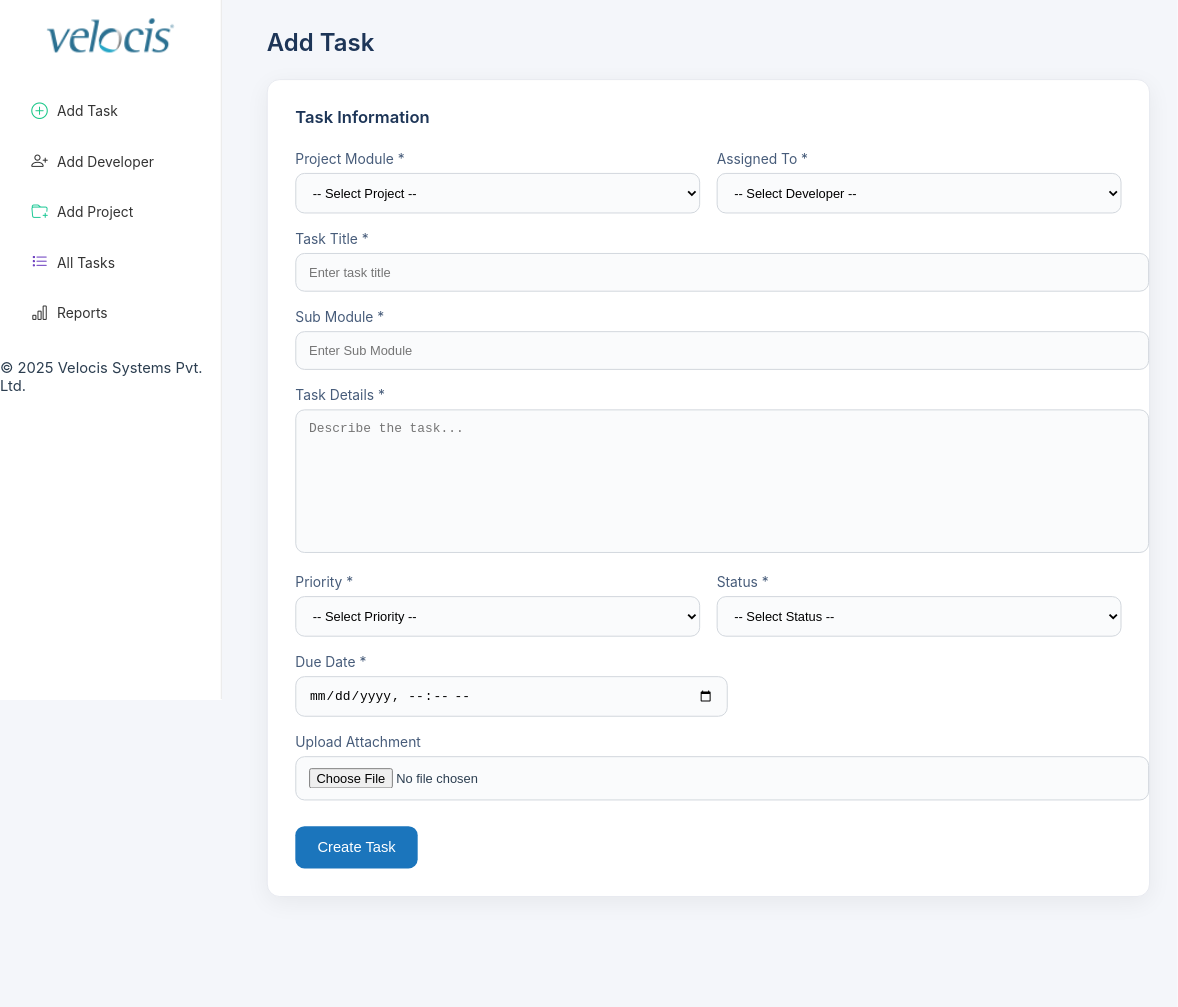
Repository: shansharma9050/VelocisAssignTask
Page: http://localhost/task_assignment
The author's editor kept a copy of each file at every save. The page is drawn from the files as they stood at one save, then again after the next save.
The browser window is 1280 px wide. The pictures show the whole page, at 92% of full size.
The page is this project's Thymeleaf template; nobody is signed in. The template is opened directly, without the code that normally fills it, so the values that code supplies are empty.

Above is the page before, as saved 2026-01-08 09:02:18.

### AssignmentOffice/src/main/resources/templates/task_assignment.html
<!DOCTYPE html>
<html lang="en" xmlns:th="http://www.thymeleaf.org">
<head>
    <meta charset="UTF-8">
    <title>Task Creation | Velocis</title>
    <link href="/task_assignment.css" rel="stylesheet">
    <link href="https://cdn.jsdelivr.net/npm/bootstrap-icons/font/bootstrap-icons.css" rel="stylesheet">

</head>

<body>

<!-- Sidebar -->
<div class="sidebar">
    <img src="/images/velocis-logo.png" class="logo" />
    <ul>
        <li><a th:href="@{/taskassignment/assignTask}"><i class="bi bi-plus-circle"></i> Add Task</a></li>
        <li><a th:href="@{/taskassignment/developer}"><i class="bi bi-person-plus"></i> Add Developer</a></li>
        <li><a th:href="@{/taskassignment/project}"><i class="bi bi-folder-plus"></i> Add Project</a></li>
        <li><a th:href="@{/taskassignment/assignedTask}"><i class="bi bi-list-task"></i> All Tasks</a></li>
		<li><a href="#"><i class="bi bi-bar-chart"></i> Reports</a></li>
    </ul>
    <div class="footer">© 2025 Velocis Systems Pvt. Ltd.</div>
</div>

<!-- Main Content -->
<div class="main-content">

    <div class="page-title">Add Task</div>

    <div class="task-card">

        <div th:if="${message}" class="success-box" th:text="${message}"></div>

        <div class="section-title">Task Information</div>

        <form th:action="@{/taskassignment/saveData}" method="post" enctype="multipart/form-data">

            <div class="form-grid">

                <div class="form-group">
                    <label>Project Module *</label>
                    <select name="project" id="project" required>
                        <option value="">-- Select Project --</option>
                        <option th:each="p : ${projects}" th:value="${p.id}" th:text="${p.projectName}"></option>
                    </select>
                    <small class="error" id="projectError"></small>
                </div>

                <div class="form-group">
                    <label>Assigned To *</label>
                    <select name="developer" id="developer" required>
                        <option value="">-- Select Developer --</option>
                        <option th:each="d : ${developers}" th:value="${d.id}" th:text="${d.fullName}"></option>
                    </select>
                    <small class="error" id="developerError"></small>
                </div>

                <div class="form-group full-width">
                    <label>Task Title *</label>
                    <input type="text" name="taskTitle" id="taskTitle" placeholder="Enter task title" required>
                    <small class="error" id="titleError"></small>
                </div>

                <div class="form-group full-width">
                    <label>Sub Module *</label>
                    <input type="text" name="module" id="module" placeholder="Enter Sub Module" required>
                    <small class="error" id="moduleError"></small>
                </div>

                <div class="form-group full-width">
                    <label>Task Details *</label>
                    <textarea name="taskDetails" id="taskDetails" placeholder="Describe the task..." required></textarea>
                    <small class="error" id="detailsError"></small>
                </div>

                <div class="form-group">
                    <label>Priority *</label>
                    <select name="priority" id="priority" required>
                        <option value="">-- Select Priority --</option>
                        <option value="Low">Low</option>
                        <option value="Medium">Medium</option>
                        <option value="High">High</option>
                    </select>
                    <small class="error" id="priorityError"></small>
                </div>

                <div class="form-group">
                    <label>Status *</label>
                    <select name="status" id="status" required>
                        <option value="">-- Select Status --</option>
                        <option value="0">Pending</option>
                        <option value="1">In Progress</option>
                        <option value="2">Completed</option>
                    </select>
                    <small class="error" id="statusError"></small>
                </div>

                <div class="form-group">
                    <label>Due Date *</label>
                    <input type="datetime-local" name="dueDate" id="dueDate" required>
                    <small class="error" id="dateError"></small>
                </div>

                <div class="form-group full-width">
                    <label>Upload Attachment</label>
                    <input type="file" name="document" id="document" required>
                    <small class="error" id="fileError"></small>
                </div>

            </div>

            <button type="submit" class="btn-submit">Create Task</button>
        </form>
    </div>
</div>



<!-- Confirmation Modal -->
<div id="confirmModal" class="modal-overlay">
    <div class="modal-box">
        <h3>Confirm Task Submission</h3>
        <p>Are you sure you want to submit this task?</p>

        <div class="modal-buttons">
            <button id="confirmYes" class="btn-yes">Yes, Submit</button>
            <button id="confirmNo" class="btn-no">Cancel</button>
        </div>
    </div>
</div>



<!-- VALIDATION + CONFIRMATION JS -->
<script>
const form = document.querySelector("form");

form.addEventListener("submit", function (e) {
    e.preventDefault();
    let valid = true;

    const fields = {
        project: "Please select project.",
        developer: "Please select developer.",
        taskTitle: "Task title must be at least 3 characters.",
        module: "Sub module is required.",
        taskDetails: "Task details must be at least 10 characters.",
        priority: "Please select priority.",
        status: "Please select status.",
        dueDate: "Due date is required."
    };

    document.querySelectorAll(".error").forEach(e => e.textContent = "");
    document.querySelectorAll(".error-field").forEach(e => e.classList.remove("error-field"));

    for (let id in fields) {
        let field = document.getElementById(id);
        let errorBox = document.getElementById(id + "Error");

        if (field.value.trim() === "" ||
            (id === "taskTitle" && field.value.trim().length < 3) ||
            (id === "taskDetails" && field.value.trim().length < 10)) {
            errorBox.textContent = fields[id];
            field.classList.add("error-field");
            valid = false;
        }
    }

    const file = document.getElementById("document");
    const fileError = document.getElementById("fileError");

    if (file.files.length > 0) {
        const f = file.files[0];
        const ext = f.name.split(".").pop().toLowerCase();
        const allowed = ["pdf", "jpg", "png", "jpeg"];

        if (!allowed.includes(ext)) {
            fileError.textContent = "Only PDF, JPG, PNG allowed.";
            file.classList.add("error-field");
            valid = false;
        }

        if (f.size > 5 * 1024 * 1024) {
            fileError.textContent = "File must be ≤ 5MB.";
            file.classList.add("error-field");
            valid = false;
        }
    }

    if (!valid) return;

    document.getElementById("confirmModal").style.display = "flex";
});

document.getElementById("confirmYes").onclick = function () {
    form.submit();
};

document.getElementById("confirmNo").onclick = function () {
    document.getElementById("confirmModal").style.display = "none";
};
</script>

</body>
</html>

### AssignmentOffice/src/main/resources/static/task_assignment.css
/* ------------------------------
   GLOBAL
------------------------------ */
body {
    margin: 0;
    font-family: "Inter", sans-serif;
    background: #f4f6fa;
    color: #2c3e50;
}

a { text-decoration: none; }

.top-navbar {
    position: relative;
}

.live-clock {
    position: absolute;
    left: 50%;
    transform: translateX(-50%);

    background: #f1f1f1;
    padding: 8px 18px;
    border-radius: 12px;

    font-size: 14px;
    font-weight: 500;
    color: #333;

    box-shadow: 0 2px 6px rgba(0,0,0,0.08);
    border: 1px solid #e0e0e0;
}

/* Dark mode */
body.dark .live-clock {
    background: #2c2c2c;
    color: #fff;
    border: 1px solid #444;
    box-shadow: 0 2px 8px rgba(0,0,0,0.4);
}

/* Top Navbar */
.top-navbar{
    height:70px;
    background:#f8f9fc;
    display:flex;
    justify-content:flex-end;
    align-items:center;
    padding:0 30px;
    border-bottom:1px solid #ddd;
}

/* User Dropdown */
.user-dropdown{
    position:relative;
    cursor:pointer;
}

.user-info{
    display:flex;
    align-items:center;
    gap:10px;
}

.user-avatar{
    width:40px;
    height:40px;
    border-radius:50%;
}

.user-text{
    display:flex;
    flex-direction:column;
}

.user-name{
    font-weight:600;
}

.user-role{
    font-size:12px;
    color:#888;
}

/* theme toggle */
.theme-toggle {
	position: absolute;
	top: 15px;
	right: 340px;
	background: white;
	border-radius: 50px;
	padding: 10px 12px;
	box-shadow: 0 2px 10px rgba(0, 0, 0, 0.15);
	cursor: pointer;
	z-index: 8000;
	transition: 0.3s;
}

.theme-toggle:hover {
	transform: scale(1.1);
}

.theme-toggle i {
	font-size: 18px;
	color: #333;
}

/* Dropdown Menu */
.dropdown-menu{
    position:absolute;
    top:60px;
    right:0;
    width:220px;
    background:#fff;
    border-radius:8px;
    box-shadow:0 5px 20px rgba(0,0,0,0.1);
    display:none;
    flex-direction:column;
}

.dropdown-menu a,
.logout-btn{
    padding:12px 15px;
    color:#333;
    display:flex;
    gap:10px;
    border:none;
    background:none;
    width:100%;
    cursor:pointer;
}

.dropdown-menu a:hover,
.logout-btn:hover{
    background:#f3f4f6;
}

.welcome{
    padding:12px 15px;
    font-weight:600;
    border-bottom:1px solid #eee;
}

/* ------------------------------
   SIDEBAR (FIXED + SCROLLABLE)
------------------------------ */
.sidebar {
    width: 240px;
    background: #ffffff;
    padding: 20px 0;
    height: 100vh;
    overflow-y: auto; /* ✅ FIX */
    display: flex;
    flex-direction: column;
    border-right: 1px solid #e5e5e5;
    position: fixed;
    left: 0;
    top: 0;
}

/* Scrollbar */
.sidebar::-webkit-scrollbar {
    width: 6px;
}
.sidebar::-webkit-scrollbar-thumb {
    background: #ccc;
    border-radius: 10px;
}

.sidebar .logo {
    width: 140px;
    margin: 0 auto 25px auto;
    display: block;
}

.sidebar ul {
    list-style: none;
    padding: 0 20px;
}

.sidebar ul li {
    margin-bottom: 10px;
}

.sidebar ul li a {
    color: #333;
    padding: 12px 14px;
    display: flex;
    align-items: center;
    border-radius: 8px;
    font-size: 15px;
    transition: background 0.2s ease-in-out;
}

.sidebar ul li a i {
    margin-right: 10px;
    font-size: 18px;
}

.sidebar ul li a:hover,
.sidebar ul li.active a {
    background: #e6f0ff;
    color: #0b5ed7;
    font-weight: 600;
}

/* ------------------------------
   COLLAPSIBLE MENU
------------------------------ */
.menu-title {
    display: flex;
    justify-content: space-between;
    align-items: center;
    padding: 12px 14px;
    border-radius: 8px;
    font-size: 15px;
    cursor: pointer;
    color: #333;
    transition: background 0.2s;
}

.menu-title:hover {
    background: #e6f0ff;
    color: #0b5ed7;
    font-weight: 600;
}

/* Hidden by default */
.submenu {
    display: none;
    padding-left: 20px;
    margin-top: 5px;
}

/* Show when open */
.menu-item.open > .submenu {
    display: block;
}

/* Arrow rotation */
.arrow {
    font-size: 14px;
    transition: transform 0.3s ease;
}

.menu-item.open > .menu-title .arrow {
    transform: rotate(90deg);
}

.submenu li {
    margin-bottom: 5px;
}

.submenu li a {
    font-size: 14px;
    padding: 10px 14px;
    color: #555;
}

/* ------------------------------
   MAIN CONTENT (FIX WIDTH)
------------------------------ */
.main-content {
    margin-left: 260px;
    padding: 30px;
    max-width: calc(100% - 260px); /* ✅ FIX */
    box-sizing: border-box;
}

/* Page Title */
.page-title {
    font-size: 26px;
    font-weight: 600;
    color: #1d3557;
    margin-bottom: 25px;
}

/* ------------------------------
   CARD
------------------------------ */
.task-card {
    background: #fff;
    border-radius: 14px;
    padding: 30px;
    box-shadow: 0 6px 25px rgba(0,0,0,0.06);
    border: 1px solid #e6e9ef;
    max-width: 1000px;   /* ✅ FIX */
    margin: auto;        /* ✅ CENTER */
}

/* Section */
.section-title {
    font-size: 18px;
    font-weight: 600;
    color: #1d3557;
    margin-bottom: 25px;
}

/* ------------------------------
   FORM GRID (RESPONSIVE)
------------------------------ */
.form-grid {
    display: grid;
    grid-template-columns: repeat(2, 1fr);
    gap: 18px;
}

.full-width {
    grid-column: span 2;
}

/* Tablet */
@media (max-width: 992px) {
    .form-grid {
        grid-template-columns: 1fr; /* ✅ FIX */
    }
}

.form-group label {
    font-size: 15px;
    margin-bottom: 6px;
    display: block;
    color: #475c7a;
}

.form-group input,
.form-group select,
.form-group textarea {
    width: 100%;
    padding: 12px 14px;
    border: 1.4px solid #ced4da;
    border-radius: 10px;
    background: #fafbfc;
    font-size: 14px;
}

textarea {
    height: 130px;
    resize: none;
}

/* Button */
.btn-submit {
    margin-top: 28px;
    background: #1B75BC;
    color: white;
    padding: 14px 24px;
    border-radius: 10px;
    font-size: 16px;
    border: none;
    cursor: pointer;
}

/* Success */
.success-box {
    background: #e6ffed;
    border-left: 5px solid #28a745;
    color: #0b7f32;
    padding: 14px 16px;
    border-radius: 6px;
    margin-bottom: 18px;
}

/* Errors */
.error {
    color: #d32f2f;
    font-size: 13px;
    margin-top: 4px;
}

input.error-field, select.error-field, textarea.error-field {
    border: 1px solid #d32f2f !important;
    background: #ffecec;
}

/* Modal */
.modal-overlay {
    position: fixed;
    top: 0; left: 0;
    width: 100%; height: 100%;
    background: rgba(0,0,0,0.6);
    display: none;
    justify-content: center;
    align-items: center;
}

.modal-box {
    background: #fff;
    padding: 24px 32px;
    border-radius: 8px;
    text-align: center;
}

/* ------------------------------
   DARK MODE (UNCHANGED)
------------------------------ */
body.dark {
	background: #121212;
	color: #e4e6eb;
}

body.dark .sidebar {
	background: #1e1e1e;
}

body.dark .menu-title {
	color: #e4e6eb;
}

body.dark .menu-title:hover {
	background: #2a2a2a;
	color: #4da3ff;
}

body.dark .submenu li a {
	color: #ccc;
}

/* ===============================
   COLORFUL PROFESSIONAL ICONS
=============================== */

/* Default icon styling */
.sidebar i {
    font-size: 18px;
    transition: 0.3s;
}

/* Dashboard */
.sidebar .bi-columns-gap,
.sidebar .bi-speedometer2 {
    color: #4e73df; /* blue */
}

/* New Dashboard */
.sidebar .bi-plus-circle {
    color: #1cc88a; /* green */
}

/* Projects */
.sidebar .bi-folder {
    color: #f6c23e; /* yellow */
}

/* Project Management */
.sidebar .bi-kanban {
    color: #36b9cc; /* cyan */
}

/* Add Project */
.sidebar .bi-folder-plus {
    color: #20c997; /* teal */
}

/* Bugs */
.sidebar .bi-bug {
    color: #e74a3b; /* red */
}

/* Task */
.sidebar .bi-list-task {
    color: #6f42c1; /* purple */
}

/* Weekly Planner */
.sidebar .bi-calendar-week {
    color: #fd7e14; /* orange */
}

/* Helpdesk */
.sidebar .bi-headset {
    color: #0dcaf0; /* light blue */
}

/* Meetings */
.sidebar .bi-people {
    color: #198754; /* dark green */
}

/* Letters */
.sidebar .bi-envelope {
    color: #6610f2; /* violet */
}

/* Training */
.sidebar .bi-mortarboard {
    color: #d63384; /* pink */
}

/* Knowledge */
.sidebar .bi-journal {
    color: #0d6efd; /* primary blue */
}

/* Announcements */
.sidebar .bi-megaphone {
    color: #ffc107; /* amber */
}

/* Survey */
.sidebar .bi-ui-checks {
    color: #198754;
}

/* Documents */
.sidebar .bi-cloud {
    color: #6c757d;
}

/* Videos */
.sidebar .bi-camera-video {
    color: #e83e8c;
}

/* Webinars */
.sidebar .bi-broadcast {
    color: #20c997;
}

/* Incidents */
.sidebar .bi-exclamation-triangle {
    color: #dc3545;
}

/* Profile */
.sidebar .bi-person {
    color: #495057;
}
.sidebar .bi-file-earmark-text {
    color: #0d6efd; /* primary blue */
}

/* Logout */
.sidebar .bi-box-arrow-right {
    color: #dc3545;
}

/* Hover effect (professional highlight) */
.sidebar ul li a:hover i {
    transform: scale(1.15);
    filter: brightness(1.2);
}

/* Active menu icon */
.sidebar ul li.active a i {
    filter: brightness(1.3);
}

/* ================= TASK PAGE LAYOUT ================= */

.task-layout {
    display: flex;
    gap: 25px;
    align-items: flex-start;
}

/* LEFT FORM */
.task-card {
    flex: 1;
    min-width: 0;
}

/* RIGHT LIST */
.task-list {
    flex: 1;
    background: #fff;
    padding: 20px;
    border-radius: 12px;
    max-height: 75vh;
    overflow-y: auto;
    box-shadow: 0 4px 15px rgba(0,0,0,0.08);
}

/* TABLE */
.task-table {
    width: 100%;
    border-collapse: collapse;
}

.task-table th {
    background: #f1f3f6;
    padding: 10px;
    text-align: left;
    font-size: 14px;
}

.task-table td {
    padding: 10px;
    border-bottom: 1px solid #eee;
    font-size: 13px;
}

/* EMPTY BOX */
.empty-box {
    text-align: center;
    padding: 30px;
    color: #888;
}

/* DARK MODE */
body.dark .task-list {
    background: #1e1e1e;
}

body.dark .task-table th {
    background: #2a2a2a;
}

body.dark .task-table td {
    border-bottom: 1px solid #333;
}

/* RESPONSIVE */
@media (max-width: 992px) {
    .task-layout {
        flex-direction: column;
    }
}

/* ===============================
   FOOTER BAR (IMPROVED UI)
=============================== */
.footer-bar {
   position: fixed;
    bottom: 0;
    left: 240px;
    width: calc(100% - 240px);

    background: #f8f9fc;
    padding: 18px 30px;

    display: flex;
    gap: 20px;
    justify-content: flex-start;
    align-items: center;

    overflow-x: auto;
    border-top: 1px solid #e5e7eb;
    z-index: 999;
}

/* Scrollbar hide */
.footer-container::-webkit-scrollbar {
    display: none;
}

/* ===============================
   FOOTER CARDS (WIDER LIKE IMAGE)
=============================== */
.footer-item {
    flex: 1; /* equal width */
    min-width: 200px;
    max-width: 250px;

    height: 50px;
    padding: 0 22px;

    border-radius: 12px;

    color: #fff;
    font-size: 16px;
    font-weight: 600;

    display: flex;
    justify-content: space-between;
    align-items: center;

    cursor: pointer;
     position: relative;
    overflow: hidden;
    transition: all 0.35s ease;
}

/* Icon */
.footer-item i {
    font-size: 18px;
}

/* Hover */
.footer-item:hover {
    transform: translateY(-6px) scale(1.02);

    box-shadow:
        0 10px 25px rgba(0,0,0,0.2),
        0 0 15px rgba(255,255,255,0.2) inset;

    filter: brightness(1.1);
}

.footer-item::before {
    content: "";
    position: absolute;
    top: 0;
    left: -100%;
    width: 100%;
    height: 100%;

    background: linear-gradient(
        120deg,
        transparent,
        rgba(255,255,255,0.4),
        transparent
    );

    transition: 0.6s;
}

/* shine moves on hover */
.footer-item:hover::before {
    left: 100%;
}


.footer-item span {
    color: #fff;
    font-weight: 600;
    letter-spacing: 0.3px;
    transition: transform 0.3s ease;
}

.footer-item i {
    color: rgba(255,255,255,0.9);
    transition: transform 0.3s ease;
}

.footer-item:hover span {
    color: #ffffff;
    transform: translateX(2px);
}

.footer-item:hover i {
     transform: translateX(6px);

}
/* ===============================
   COLORS
=============================== */
.footer-item.blue {
    background: linear-gradient(135deg, #3b82f6, #60a5fa);
}

.footer-item.orange {
    background: linear-gradient(135deg, #ff5e3a, #ff7e5f);
}

.footer-item.purple {
    background: linear-gradient(135deg, #7c3aed, #a855f7);
}

.footer-item.darkblue {
    background: linear-gradient(135deg, #1e3a8a, #3b82f6);
}

.footer-item.green {
    background: linear-gradient(135deg, #059669, #10b981);
}

.footer-item.indigo {
    background: linear-gradient(135deg, #4f46e5, #6366f1);
}

/* ===============================
   CONTENT SPACE FIX
=============================== */
.main-content {
    padding-bottom: 120px; /* prevent overlap */
}

/* ===============================
   RESPONSIVE
=============================== */
@media (max-width: 1024px) {
    .footer-item {
        min-width: 180px;
        height: 60px;
        font-size: 14px;
    }
}

@media (max-width: 768px) {
    .footer-bar {
        left: 0;
        width: 100%;
    }
}

/* ===============================
   TOP SEARCH BAR
=============================== */
.top-search {
    position: absolute;
    left: 280px; /* after sidebar */

    display: flex;
    align-items: center;
    gap: 10px;

    background: #ffffff;
    border: 1px solid #ddd;
    border-radius: 25px;

    padding: 8px 15px;
    width: 300px;

    box-shadow: 0 2px 8px rgba(0,0,0,0.08);
}

/* Icon */
.top-search i {
    color: #888;
    font-size: 14px;
}

/* Input */
.top-search input {
    border: none;
    outline: none;
    width: 100%;
    font-size: 14px;
    background: transparent;
}

/* Focus effect */
.top-search:focus-within {
    border-color: #0b5ed7;
    box-shadow: 0 0 0 2px rgba(11,94,215,0.1);
}

/* Dark Mode */
body.dark .top-search {
    background: #1e1e1e;
    border: 1px solid #444;
}

body.dark .top-search input {
    color: #fff;
}

body.dark .top-search i {
    color: #aaa;
}

@media (max-width: 768px) {
    .top-search {
        display: none; /* hide on mobile */
    }
}

After the next save:
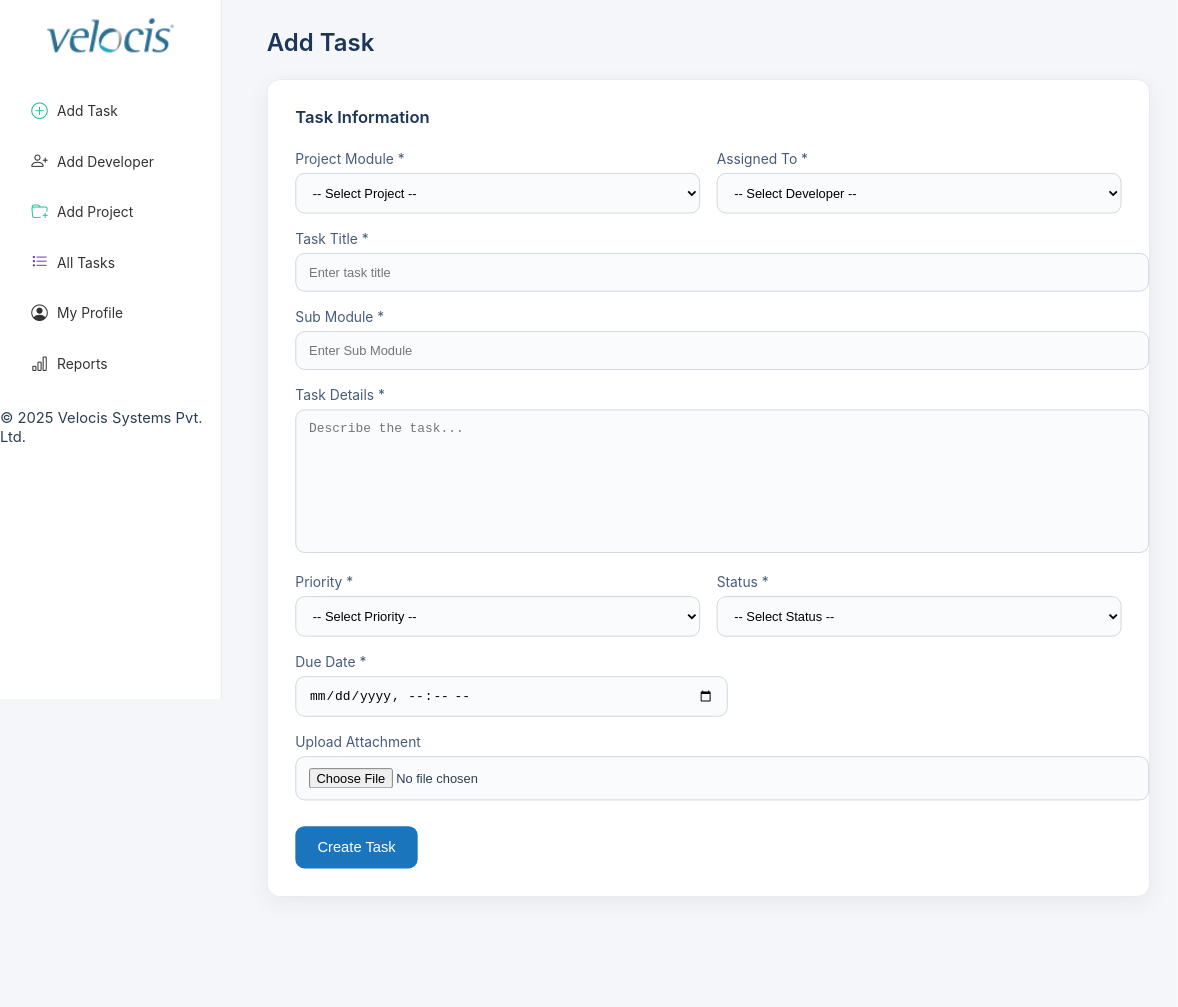
Saved 15 min 17 s later.
--- a/AssignmentOffice/src/main/resources/templates/task_assignment.html
+++ b/AssignmentOffice/src/main/resources/templates/task_assignment.html
@@ -18,6 +18,7 @@
         <li><a th:href="@{/taskassignment/developer}"><i class="bi bi-person-plus"></i> Add Developer</a></li>
         <li><a th:href="@{/taskassignment/project}"><i class="bi bi-folder-plus"></i> Add Project</a></li>
         <li><a th:href="@{/taskassignment/assignedTask}"><i class="bi bi-list-task"></i> All Tasks</a></li>
+		<li><a href="#"><i class="bi bi-person-circle"></i> My Profile</a></li>
 		<li><a href="#"><i class="bi bi-bar-chart"></i> Reports</a></li>
     </ul>
     <div class="footer">© 2025 Velocis Systems Pvt. Ltd.</div>
